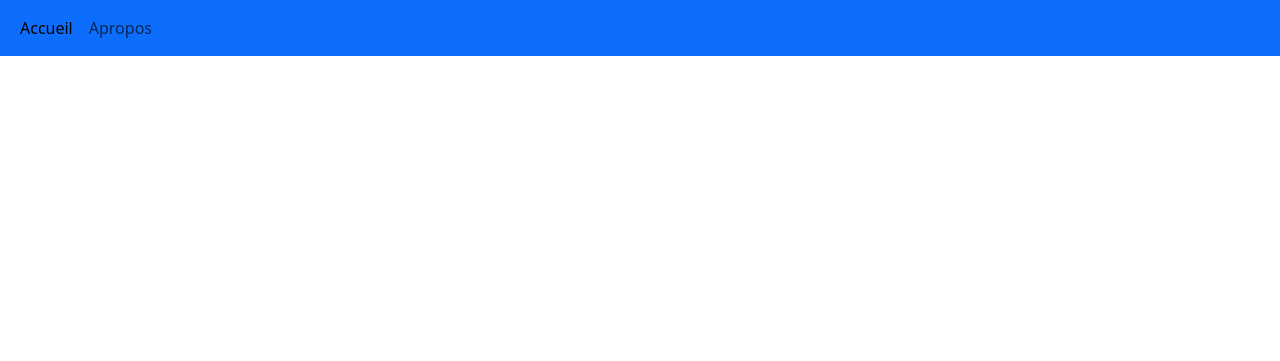
Repository: SKB-TECH/MinProject
Page: IHM/index.html
These files come from the project's save history. The page is drawn as it stood at one moment and after the next save; the edit follows.
The browser window is 1280 px wide. The pictures show the whole page.
Some web libraries are served in a nearby version.

Above is the page before, as saved 2022-09-29 14:55:22.

### IHM/index.html
<!DOCTYPE html>
<html lang="en">
<head>
    <meta charset="UTF-8">
    <meta http-equiv="X-UA-Compatible" content="IE=edge">
    <meta name="viewport" content="width=device-width, initial-scale=1.0">
    <link rel="stylesheet" href="../node_modules/bootstrap/dist/css/bootstrap.min.css">
    <title>NoteApp</title>
</head>
<body>
        <header>
            <nav class="navbar navbar-expand-sm bg-primary navbar-success">
                <div class="container-fluid">
                  <ul class="navbar-nav">
                    <li class="nav-item">
                      <a class="nav-link active" href="#">Accueil</a>
                    </li>
                   <li class="nav-item">
                      <a class="nav-link" href="#">Apropos</a>
                    </li>
                  </ul>
                </div>
              </nav>
        </header>


</body>
</html>

After the next save:
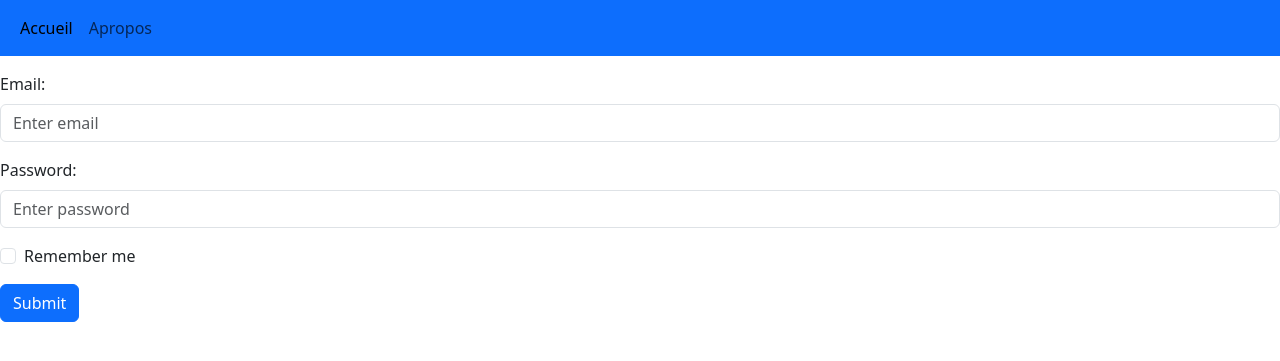
Saved 41 s later.
--- a/IHM/index.html
+++ b/IHM/index.html
@@ -23,6 +23,21 @@
               </nav>
         </header>
 
-
+        <form action="/action_page.php">
+            <div class="mb-3 mt-3">
+              <label for="email" class="form-label">Email:</label>
+              <input type="email" class="form-control" id="email" placeholder="Enter email" name="email">
+            </div>
+            <div class="mb-3">
+              <label for="pwd" class="form-label">Password:</label>
+              <input type="password" class="form-control" id="pwd" placeholder="Enter password" name="pswd">
+            </div>
+            <div class="form-check mb-3">
+              <label class="form-check-label">
+                <input class="form-check-input" type="checkbox" name="remember"> Remember me
+              </label>
+            </div>
+            <button type="submit" class="btn btn-primary">Submit</button>
+          </form>
 </body>
 </html>

After the 3 saves that followed:
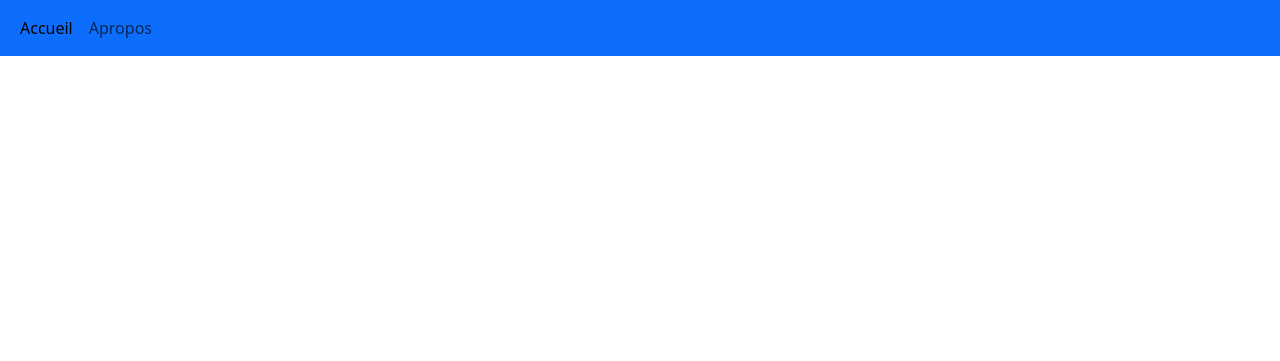
The 3 saves are shown as one change because they came seconds apart.
The last was saved 39 s later.
--- a/IHM/index.html
+++ b/IHM/index.html
@@ -22,22 +22,8 @@
                 </div>
               </nav>
         </header>
+        <div>
 
-        <form action="/action_page.php">
-            <div class="mb-3 mt-3">
-              <label for="email" class="form-label">Email:</label>
-              <input type="email" class="form-control" id="email" placeholder="Enter email" name="email">
-            </div>
-            <div class="mb-3">
-              <label for="pwd" class="form-label">Password:</label>
-              <input type="password" class="form-control" id="pwd" placeholder="Enter password" name="pswd">
-            </div>
-            <div class="form-check mb-3">
-              <label class="form-check-label">
-                <input class="form-check-input" type="checkbox" name="remember"> Remember me
-              </label>
-            </div>
-            <button type="submit" class="btn btn-primary">Submit</button>
-          </form>
+        </div>
 </body>
 </html>
